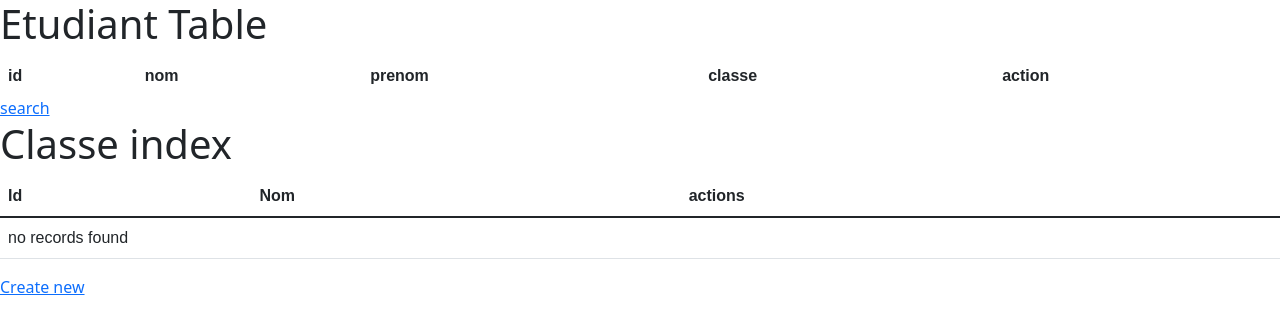
Repository: bot-lolo/essai
Page: templates/etudiant/index.html.twig
The author's editor kept a copy of each file at every save. The page is drawn from the files as they stood at one save, then again after the next save.
The browser window is 1280 px wide. The pictures show the whole page.
The page is a Twig template of a Symfony application; nobody is signed in and links lead nowhere. The template is opened directly, without the code that normally fills it, so the values that code supplies are empty.

Above is the page before, as saved 2022-07-06 17:33:30.

After the next save:
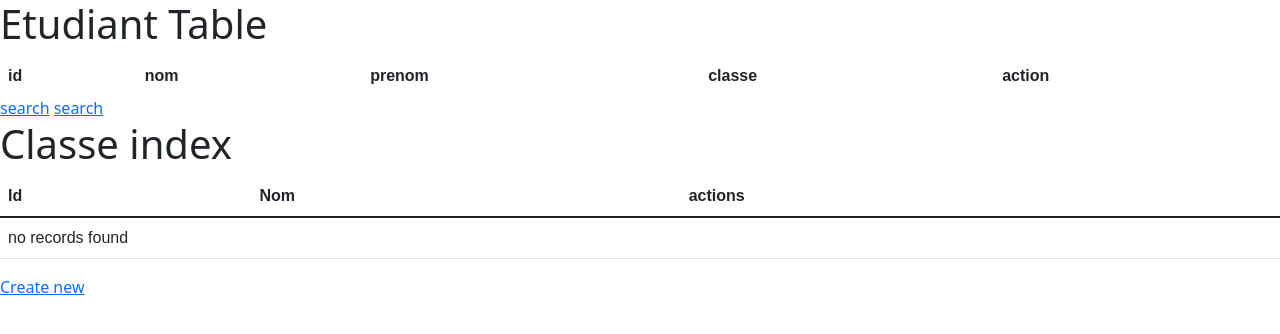
Saved 2 min 34 s later.
--- a/templates/etudiant/index.html.twig
+++ b/templates/etudiant/index.html.twig
@@ -65,6 +65,7 @@ tr:nth-child(even) {
 
 </table>
 <a href="{{path('chercher_etudiant')}}">search</a>
+<a href="{{path('new_etudiant')}}">search</a>
 
 
 
